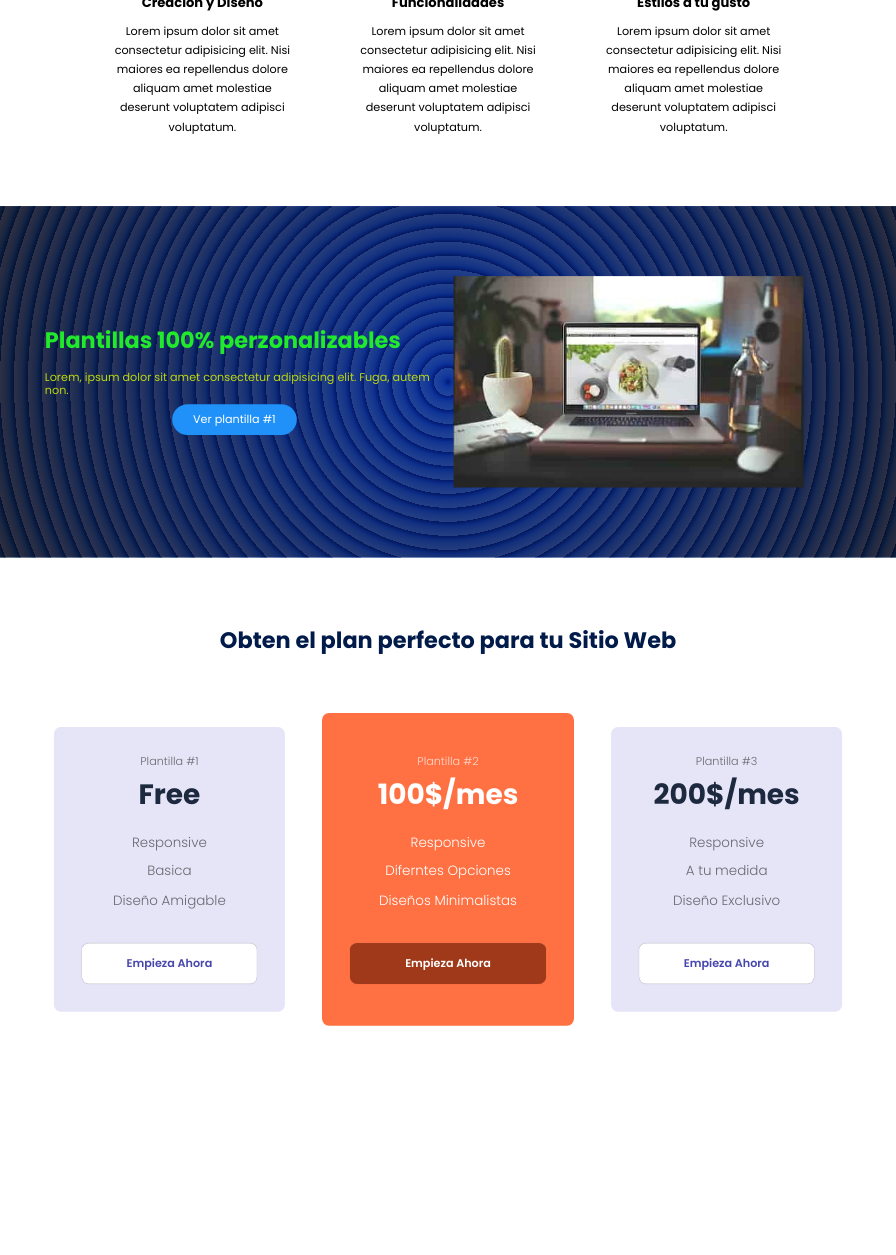
Repository: cega17/una-pagina-web
Page: index.html
An editor plug-in stored every save of this project. The page is shown before and after the next save, followed by the edit.
The browser window is 1280 px wide. The pictures show the part of the page from y = 1079 to 2999 px (the page is 2872 px tall before and 2999 px after), at 70% of full size.

Above is the page before, as saved 2023-10-30 14:14:59.

After the next save:
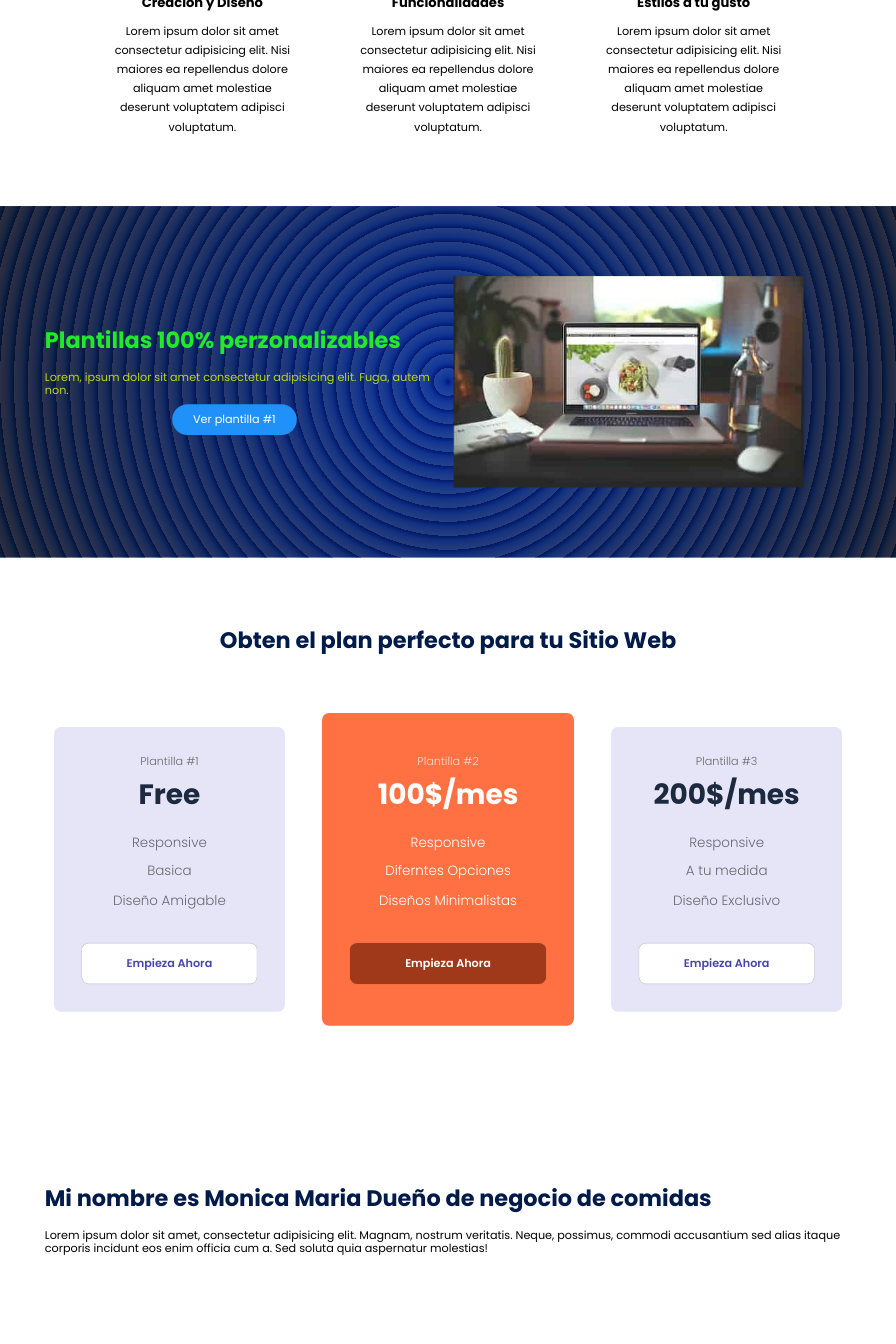
Saved 8 min 6 s later.
--- a/index.html
+++ b/index.html
@@ -143,6 +143,12 @@
         <section class="testimony">
             <div class="testimony__container container">
                 <img src="./imgs/letarrow.svg" alt="" class="testimony__arrow" id="before">
+                <section class="testimony_body testimony_body--show" data-id="1">
+                    <div class="testimony_text">
+                        <h2 class="subtitle">Mi nombre es Monica Maria <span class="testimony_plantilla">Dueño de negocio de comidas</span></h2>
+                        <p class="testimony__review">Lorem ipsum dolor sit amet, consectetur adipisicing elit. Magnam, nostrum veritatis. Neque, possimus, commodi accusantium sed alias itaque corporis incidunt eos enim officia cum a. Sed soluta quia aspernatur molestias!</p>
+                    </div>
+                </section>
                 <img src="./imgs/rightarrow.svg" alt="" class="testimony__arrow" id="next">
             </div>
         </section>
